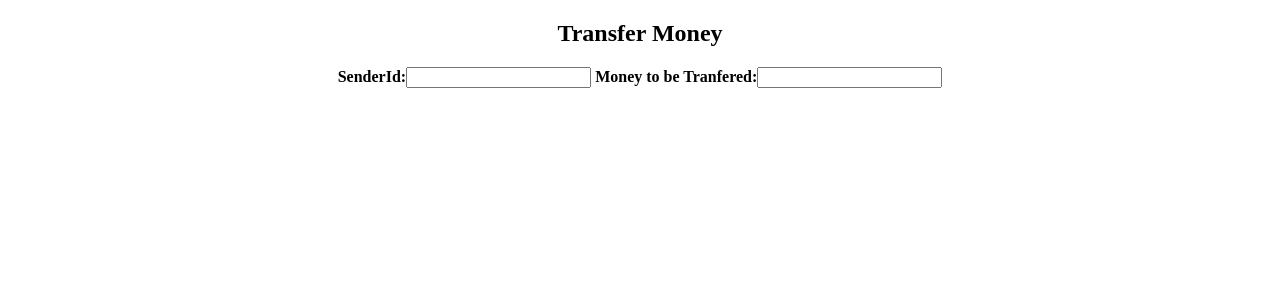
Repository: BarnalaManognaram/sparxintern
Page: sparx_internship/sparx/src/main/webapp/transfer.html
The author's editor kept a copy of each file at every save. The page is drawn from the files as they stood at one save, then again after the next save.
The browser window is 1280 px wide. The pictures show the whole page.

Above is the page before, as saved 2021-09-16 16:40:24.

### sparx_internship/sparx/src/main/webapp/transfer.html
<!DOCTYPE html>
<html>
<head>
<meta charset="ISO-8859-1">
<title>transfer</title>
</head>
<body>
  <center>
   <h2>Transfer Money</h2>
    <b>SenderId:</b><input type="text" name="sid" />
    <b>Money to be Tranfered:</b><input type="text" name="tm"/>

  </center>
</body>
</html>

After the next save:
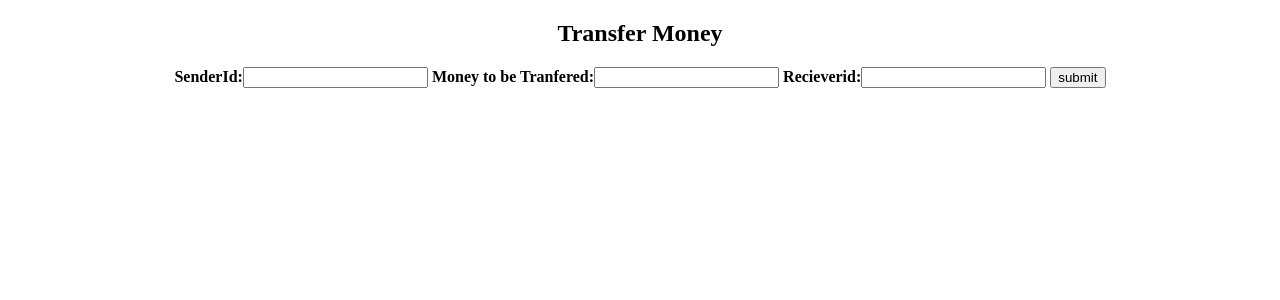
Saved 3 min 54 s later.
--- a/sparx_internship/sparx/src/main/webapp/transfer.html
+++ b/sparx_internship/sparx/src/main/webapp/transfer.html
@@ -9,7 +9,8 @@
    <h2>Transfer Money</h2>
     <b>SenderId:</b><input type="text" name="sid" />
     <b>Money to be Tranfered:</b><input type="text" name="tm"/>
-
+    <b>Recieverid:</b><input type="text" name="rid"/>
+    <input type="button" value="submit"/>
   </center>
 </body>
 </html>
